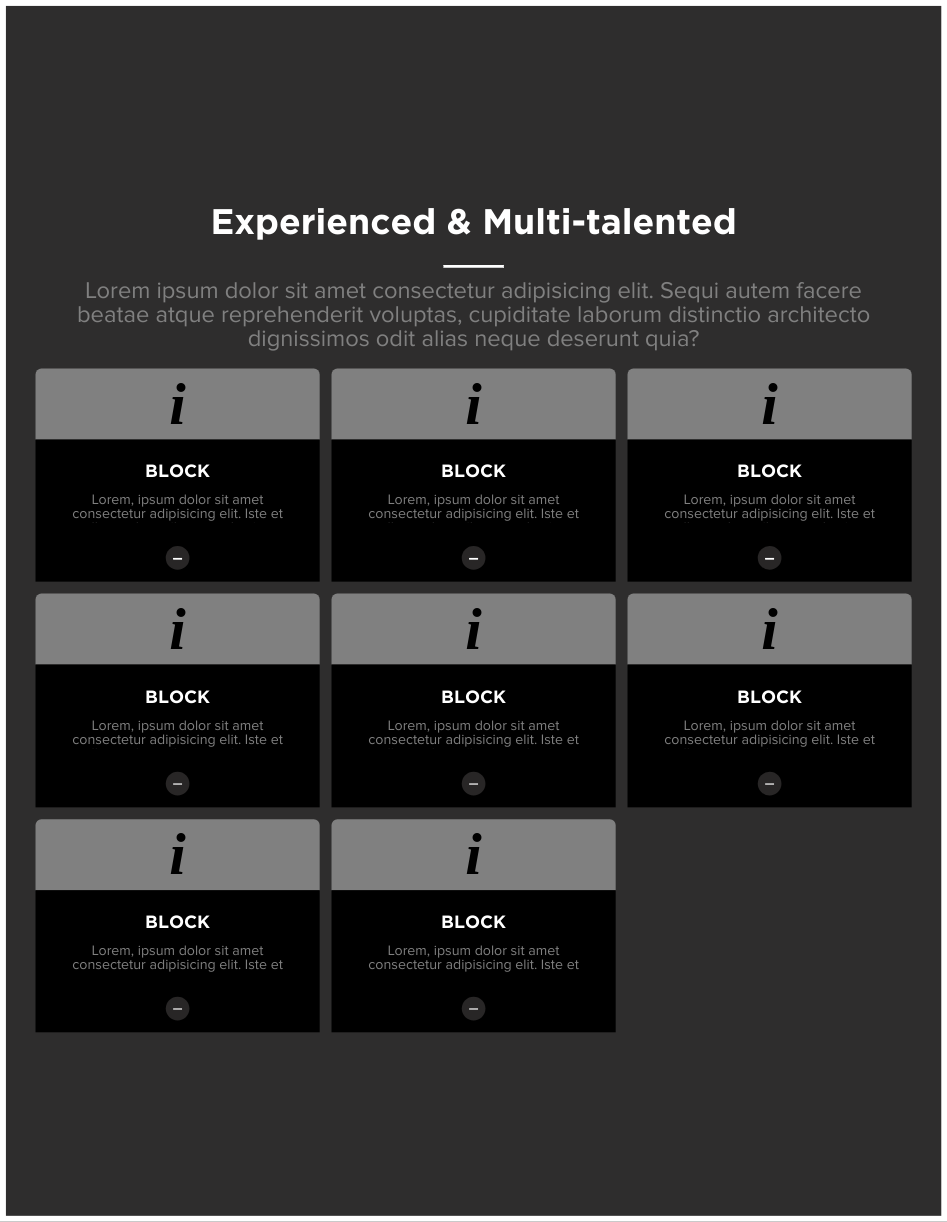
Repository: MohmdMHR/limesharp-test
Page: /
These files come from the project's save history. The page is drawn as it stood at one moment and after the next save; the edit follows.
The browser window is 1280 px wide. The pictures show the whole page, at 74% of full size.
The project was rebuilt for these pictures with package versions that can differ from the ones it lists, and the page was loaded fresh each time. Also part of the build but not shown: vue.config.js.

Above is the page before, as saved 2022-07-20 18:50:38.

After the next save:
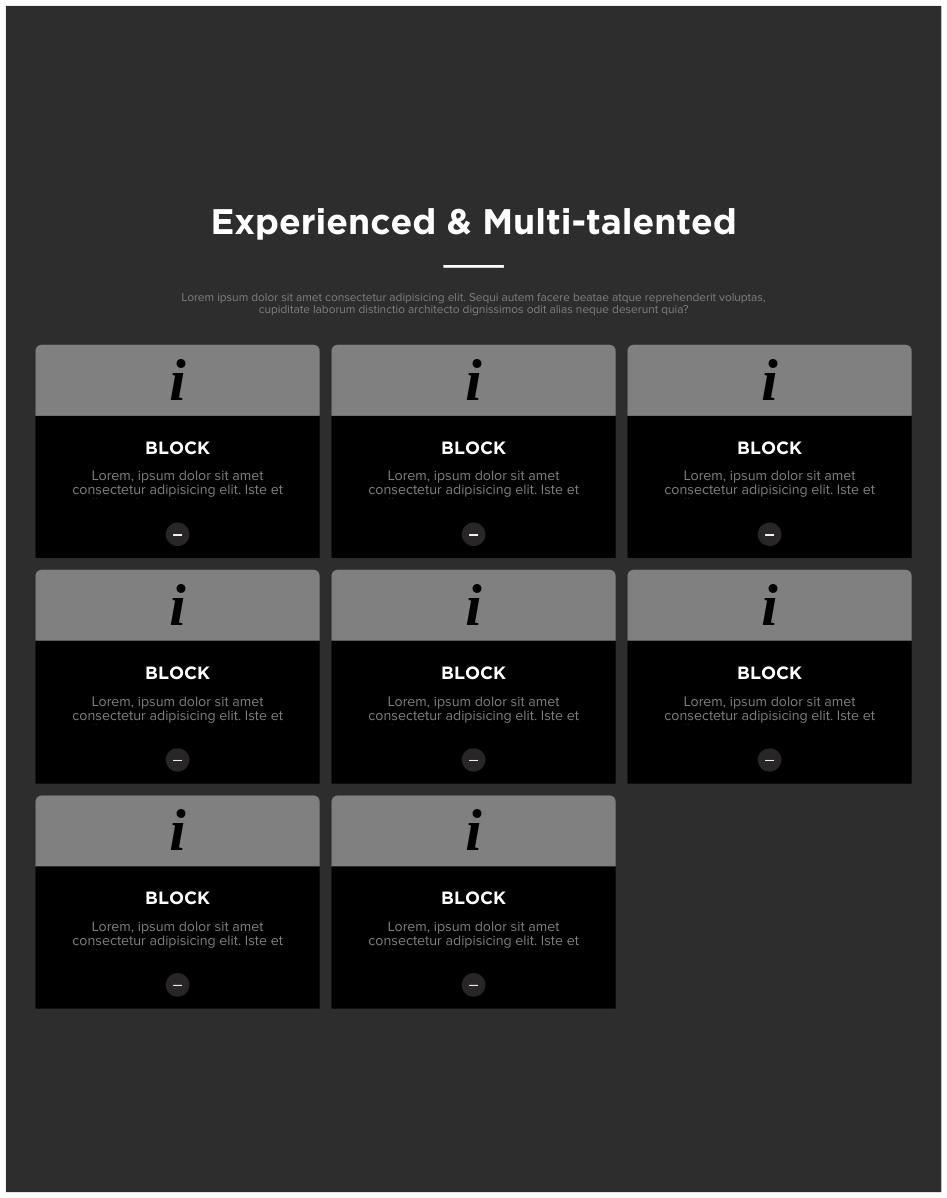
Saved 2 min 32 s later.
--- a/src/Main.vue
+++ b/src/Main.vue
@@ -62,7 +62,9 @@ export default {
   text-align: center;
   margin: 1rem 2rem;
   font-family: "ProximaNova-Regular";
-  font-size: 2rem;
+  font-size: 1rem;
+  width: 50rem;
+  margin: 2rem auto;
 }
 .cards-container {
   display: grid;
